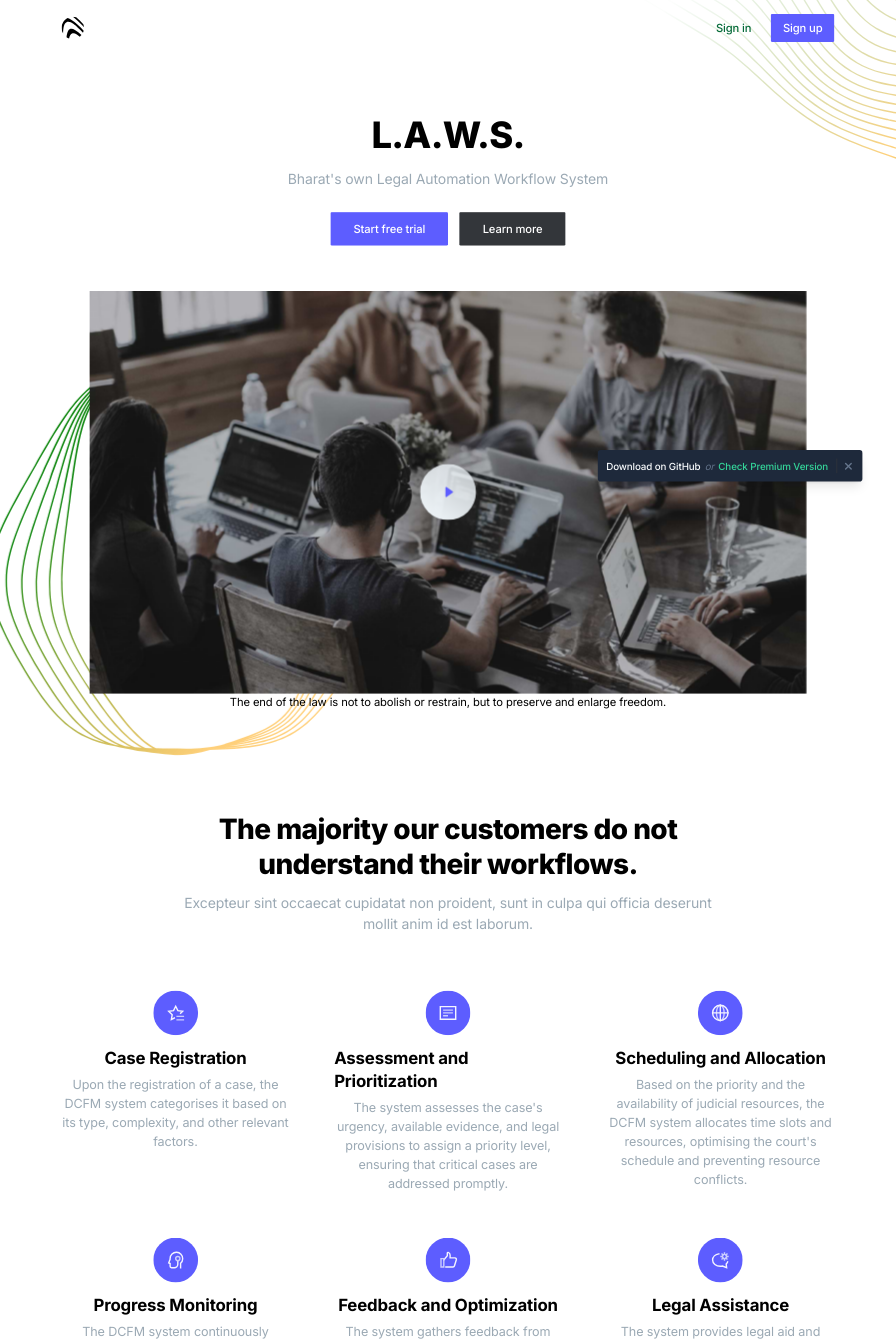
Repository: xoshiraghavx/SIH-23
Page: /
An editor plug-in stored every save of this project. The page is shown before and after the next save, followed by the edit.
The browser window is 1280 px wide. The pictures show the part of the page from y = 0 to 1920 px (the page is 5154 px tall), at 70% of full size.
The project was rebuilt for these pictures with package versions that can differ from the ones it lists, and the page was loaded fresh each time. The framework's server and built-in components were replaced by stand-ins that run in the browser. Also part of the build but not shown: next.config.js.

Above is the page before, as saved 2023-09-28 21:07:49.

After the next save:
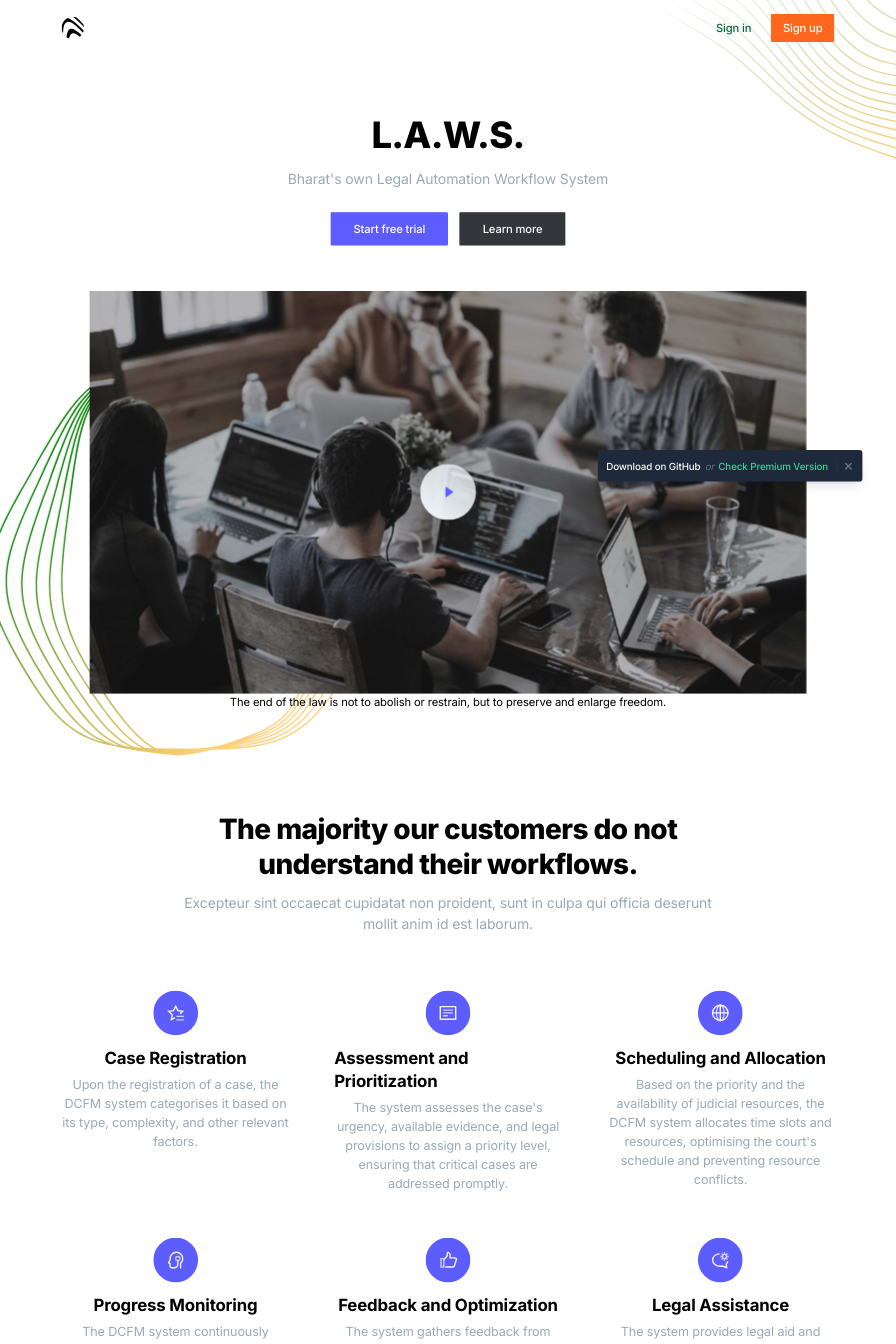
Saved 26 s later.
--- a/components/ui/header.tsx
+++ b/components/ui/header.tsx
@@ -29,7 +29,7 @@ export default function Header() {
                 </Link>
               </li>
               <li>
-                <Link href="/signup" className="btn-sm text-white bg-purple-600 hover:bg-purple-700 ml-3">
+                <Link href="/signup" className="btn-sm text-white bg-[#FF671F] hover:bg-purple-700 ml-3">
                   Sign up
                 </Link>
               </li>
